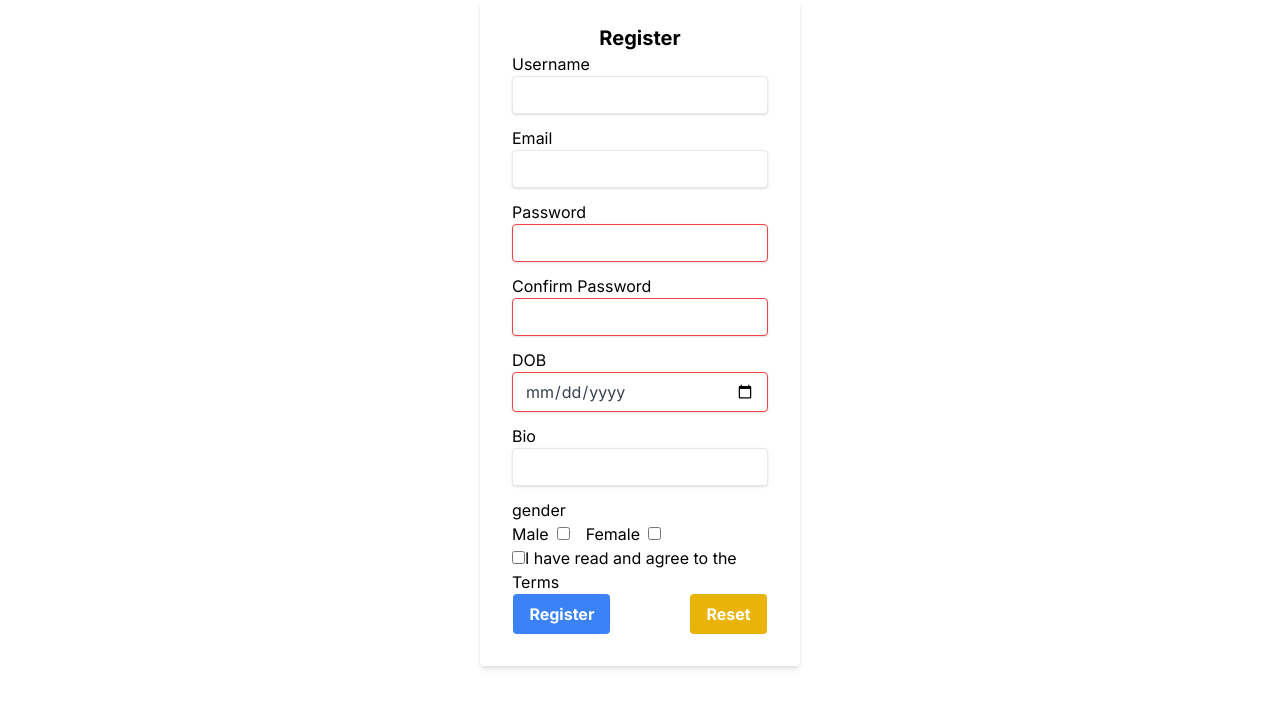
Repository: uh-sman/tiktok-card
Page: /
These files come from the project's save history. The page is drawn as it stood at one moment and after the next save; the edit follows.
The browser window is 1280 px wide. The pictures show the whole page.
The project was rebuilt for these pictures with package versions that can differ from the ones it lists, and the page was loaded fresh each time. The framework's server and built-in components were replaced by stand-ins that run in the browser. Also part of the build but not shown: next.config.js.

Above is the page before, as saved 2023-12-19 14:40:31.

### app/page.tsx
'use client'
// import Input from "./components/Input";
import { FieldValues, SubmitHandler, useForm } from "react-hook-form";
import AuthForm from "./components/AuthForm";
type FormValues = {
  name: string,
      email: string,
      password: string,
      confirmPassword: string,
      DateOfBirth: string,
      Bio: string,
      gender: string,
      termsAndConditions: string
}

export default function Home() {
  return (
    <div className="flex justify-center items-center">
      <AuthForm />
    </div>
  )
}



{/* <form class="max-w-sm mx-auto">
  <div class="mb-5">
    <label for="email" class="block mb-2 text-sm font-medium text-gray-900 dark:text-white">Your email</label>
    <input type="email" id="email" class="bg-gray-50 border border-gray-300 text-gray-900 text-sm rounded-lg focus:ring-blue-500 focus:border-blue-500 block w-full p-2.5 dark:bg-gray-700 dark:border-gray-600 dark:placeholder-gray-400 dark:text-white dark:focus:ring-blue-500 dark:focus:border-blue-500" placeholder="name@flowbite.com" required>
  </div>
  <div class="mb-5">
    <label for="password" class="block mb-2 text-sm font-medium text-gray-900 dark:text-white">Your password</label>
    <input type="password" id="password" class="bg-gray-50 border border-gray-300 text-gray-900 text-sm rounded-lg focus:ring-blue-500 focus:border-blue-500 block w-full p-2.5 dark:bg-gray-700 dark:border-gray-600 dark:placeholder-gray-400 dark:text-white dark:focus:ring-blue-500 dark:focus:border-blue-500" required>
  </div>
  <div class="flex items-start mb-5">
    <div class="flex items-center h-5">
      <input id="remember" type="checkbox" value="" class="w-4 h-4 border border-gray-300 rounded bg-gray-50 focus:ring-3 focus:ring-blue-300 dark:bg-gray-700 dark:border-gray-600 dark:focus:ring-blue-600 dark:ring-offset-gray-800 dark:focus:ring-offset-gray-800" required>
    </div>
    <label for="remember" class="ms-2 text-sm font-medium text-gray-900 dark:text-gray-300">Remember me</label>
  </div>
  <button type="submit" class="text-white bg-blue-700 hover:bg-blue-800 focus:ring-4 focus:outline-none focus:ring-blue-300 font-medium rounded-lg text-sm w-full sm:w-auto px-5 py-2.5 text-center dark:bg-blue-600 dark:hover:bg-blue-700 dark:focus:ring-blue-800">Submit</button>
</form> */}

### app/components/AuthForm.tsx
import React from "react";
import { useForm } from "react-hook-form";
// the type of data
type UserSubmitForm = {
    username: string;
    email: string;
    password: string;
    confirmPassword: string;
    acceptTerms: boolean;
    male:boolean;
    female:boolean;
    Bio:string;
    DateOfBirth: number
  };
const AuthForm: React.FC = () => {
    // using the useForm hook from the react-hook-form package
    const {register,handleSubmit, reset} = useForm<UserSubmitForm>()
    // the onSubmit handler
    const onSubmit = (data: UserSubmitForm) => {
        console.log(data)
    }
    return (
        <div className="w-full max-w-xs">
        <form className="bg-white shadow-md rounded px-8 pt-6 pb-8 mb-4" onSubmit={handleSubmit(onSubmit)}>
        <h2 className="font-bold text-xl text-center">Register</h2>
          <div className="flex flex-col">
            <label>Username</label>
            <input
            className="shadow appearance-none border rounded w-full py-2 px-3 text-gray-700 mb-3 leading-tight focus:outline-none focus:shadow-outline"
              type="text"
            //   using the hook to handle form state
            {...register('username')}
            />
            <div className="invalid-feedback">
                </div>
          </div>

          <div className="flex flex-col">
            <label>Email</label>
            <input
            className="shadow appearance-none border rounded w-full py-2 px-3 text-gray-700 mb-3 leading-tight focus:outline-none focus:shadow-outline"
            type="text"
            {...register('email')}
            />
            <div className="invalid-feedback">
                </div>
          </div>

          <div className="flex flex-col">
            <label>Password</label>
            <input
            className="shadow appearance-none border border-red-500 rounded w-full py-2 px-3 text-gray-700 mb-3 leading-tight focus:outline-none focus:shadow-outline"
            type="password"
            {...register('password')}
            />
            <div className="invalid-feedback">
                </div>
          </div>
          <div className="flex flex-col">
            <label>Confirm Password</label>
            <input
            className="shadow appearance-none border border-red-500 rounded w-full py-2 px-3 text-gray-700 mb-3 leading-tight focus:outline-none focus:shadow-outline"
              type="password"
              {...register('confirmPassword')}
            />
            <div className="invalid-feedback">
            </div>
          </div>
          <div className="flex flex-col">
            <label>DOB</label>
            <input
            className="shadow appearance-none border border-red-500 rounded w-full py-2 px-3 text-gray-700 mb-3 leading-tight focus:outline-none focus:shadow-outline"
              type="date"
              {...register('DateOfBirth')}
            />
            <div className="invalid-feedback">
            </div>
          </div>
          <div className="flex flex-col">
            <label>Bio</label>
            <input
            className="shadow appearance-none border rounded w-full py-2 px-3 text-gray-700 mb-3 leading-tight focus:outline-none focus:shadow-outline"
            type="text"
            {...register('Bio')}
            />
            <div className="invalid-feedback">
            </div>
          </div>

          <div className="">
          <label htmlFor="gender" className="font-md">
              gender
            </label>
           <div className="flex items-center gap-4">
           <div className="">
                <label className="mr-2" htmlFor="Male">Male</label>
            <input
              type="checkbox"
              {...register('male')}
              />

            </div>
            <div className="">
                <label className="mr-2" htmlFor="Female">Female</label>
            <input
              type="checkbox"
              {...register('female')}
              />
            </div>
           </div>
            <div className="invalid-feedback">
                </div>
          </div>
          <div className="">
            <input
              type="checkbox"
              {...register('acceptTerms')}
              />
            <label htmlFor="acceptTerms" className="form-check-label">
              I have read and agree to the Terms
            </label>
            <div className="invalid-feedback">
                </div>
          </div>

          <div className="flex justify-center gap-20">
            <button type="submit" className="bg-blue-500 hover:bg-blue-700 text-white font-bold py-2 px-4 rounded focus:outline-none focus:shadow-outline">
              Register
            </button>
            <button
              type="button"
              onClick={() => reset()}
              className="bg-yellow-500 hover:bg-yellow-700 text-white font-bold py-2 px-4 rounded focus:outline-none focus:shadow-outline"
              >
              Reset
            </button>
          </div>
        </form>
      </div>
    )
}

export default AuthForm;

Loaded but not shown: app/layout.tsx (common file); app/globals.css (common file); tailwind.config.ts (common file)

After the next save:
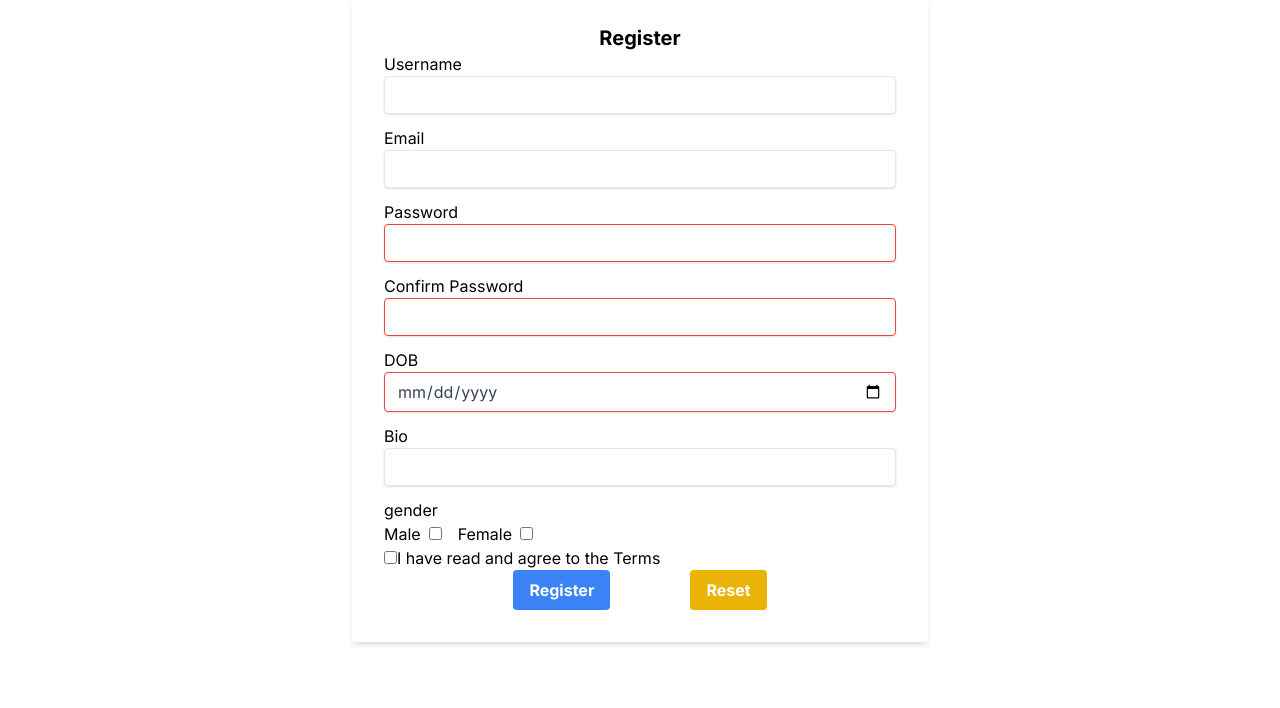
Saved 5 s later.
--- a/app/components/AuthForm.tsx
+++ b/app/components/AuthForm.tsx
@@ -20,7 +20,7 @@ const AuthForm: React.FC = () => {
         console.log(data)
     }
     return (
-        <div className="w-full max-w-xs">
+        <div className="w-full max-w-xl">
         <form className="bg-white shadow-md rounded px-8 pt-6 pb-8 mb-4" onSubmit={handleSubmit(onSubmit)}>
         <h2 className="font-bold text-xl text-center">Register</h2>
           <div className="flex flex-col">
